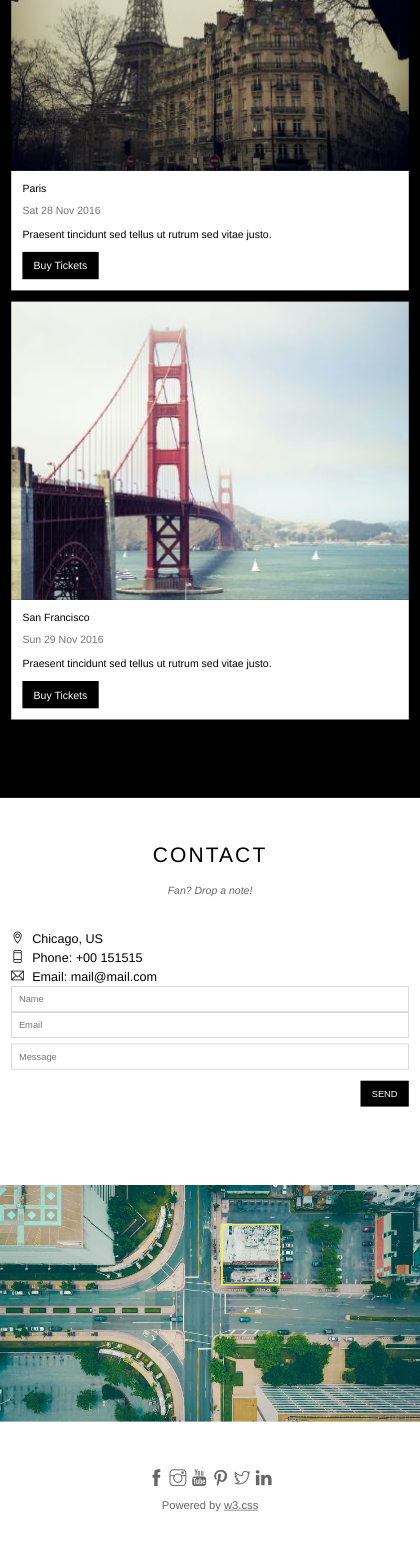
Repository: qhoa25623/The-Band
Page: index.html
These files come from the project's save history. The page is drawn as it stood at one moment and after the next save; the edit follows.
The browser window is 600 px wide. The pictures show the part of the page from y = 3197 to 5437 px (the page is 5421 px tall before and 5437 px after), at 70% of full size.

Above is the page before, as saved 2022-05-07 22:32:45.

### index.html
<!DOCTYPE html>
<html lang="en">
  <head>
    <meta charset="UTF-8" />
    <meta http-equiv="X-UA-Compatible" content="IE=edge" />
    <meta name="viewport" content="width=device-width, initial-scale=1.0" />
    <title>The Band</title>
    <link rel="stylesheet" href="./assets/css/styles.css" />
    <link rel="stylesheet" href="./assets/css/responsive.css" />
    <link
      rel="stylesheet"
      href="./assets/fonts/themify-icons/themify-icons.css"
    />
  </head>
  <body>
    <div id="main">
      <div id="header">
        <ul id="nav">
          <li><a href="#">Home</a></li>
          <li><a href="#band">Band</a></li>
          <li><a href="#tour">Tour</a></li>
          <li><a href="#contact">Contact</a></li>
          <li>
            <a href="#">
              More
              <i class="nav-arrow-down ti-angle-down"></i>
            </a>
            <ul class="subnav">
              <li><a href="#">Merchandise</a></li>
              <li><a href="#">Extras</a></li>
              <li><a href="#">Media</a></li>
            </ul>
          </li>
        </ul>
        <div class="search-btn">
          <i class="search-icon ti-search"></i>
        </div>

        <div id="mobile-menu" class="mobile-menu-btn">
          <i class="menu-icon ti-menu"></i>
        </div>
      </div>
      <div id="slider">
        <div class="text-content">
          <h2 class="text-heading">Chicago</h2>
          <div class="text-description">
            Thank you, Chicago - A night we won't forget
          </div>
        </div>
      </div>
      <div id="content">
        <!-- About section-->
        <div id="band" class="content-section">
          <h2 class="section-heading">THE BAND</h2>
          <p class="section-sub-heading">We love music</p>
          <p class="about-text">
            We have created a fictional band website. Lorem ipsum dolor sit
            amet, consectetur adipiscing elit, sed do eiusmod tempor incididunt
            ut labore et dolore magna aliqua. Ut enim ad minim veniam, quis
            nostrud exercitation ullamco laboris nisi ut aliquip ex ea commodo
            consequat. Duis aute irure dolor in reprehenderit in voluptate velit
            esse cillum dolore eu fugiat nulla pariatur. Excepteur sint occaecat
            cupidatat non proident, sunt in culpa qui officia deserunt mollit
            anim id est laborum consectetur adipiscing elit, sed do eiusmod
            tempor incididunt ut labore et dolore magna aliqua. Ut enim ad minim
            veniam, quis nostrud exercitation ullamco laboris nisi ut aliquip ex
            ea commodo consequat.
          </p>
          <div class="row member-list">
            <div class="col col-third s-col-full mt-32 text-center">
              <p class="member-name">Name</p>
              <img
                src="./assets/img/band/member1.jpg"
                alt="Name"
                class="member-img"
              />
            </div>
            <div class="col col-third s-col-full mt-32 text-center">
              <p class="member-name">Name</p>
              <img
                src="./assets/img/band/member1.jpg"
                alt="Name"
                class="member-img"
              />
            </div>
            <div class="col col-third s-col-full mt-32 text-center">
              <p class="member-name">Name</p>
              <img
                src="./assets/img/band/member1.jpg"
                alt="Name"
                class="member-img"
              />
            </div>
          </div>
        </div>

        <!-- Tour section-->
        <div id="tour" class="tour-section">
          <div class="content-section">
            <h2 class="section-heading text-white">TOUR DATES</h2>
            <p class="section-sub-heading text-white">
              Remember to book your tickets!
            </p>
            <ul class="tickets-list">
              <li>September <span class="sold-out">Sold out</span></li>
              <li>October <span class="sold-out">Sold out</span></li>
              <li>November <span class="quantity">3</span></li>
            </ul>
            <!-- Places-->
            <div class="row places-list">
              <div class="col col-third s-col-full mt-16">
                <img
                  src="./assets/img/places/place1.jpg"
                  alt="New York"
                  class="place-img"
                />
                <div class="place-body">
                  <h3 class="place-heading">New York</h3>
                  <p class="place-time">Fri 27 Nov 2016</p>
                  <p class="place-desc">
                    Praesent tincidunt sed tellus ut rutrum sed vitae justo.
                  </p>
                  <a href="#" class="btn">Buy Tickets</a>
                </div>
              </div>

              <div class="col col-third s-col-full mt-16">
                <img
                  src="./assets/img/places/place2.jpg"
                  alt="New York"
                  class="place-img"
                />
                <div class="place-body">
                  <h3 class="place-heading">Paris</h3>
                  <p class="place-time">Sat 28 Nov 2016</p>
                  <p class="place-desc">
                    Praesent tincidunt sed tellus ut rutrum sed vitae justo.
                  </p>
                  <a href="#" class="btn">Buy Tickets</a>
                </div>
              </div>

              <div class="col col-third s-col-full mt-16">
                <img
                  src="./assets/img/places/place3.jpg"
                  alt="New York"
                  class="place-img"
                />
                <div class="place-body">
                  <h3 class="place-heading">San Francisco</h3>
                  <p class="place-time">Sun 29 Nov 2016</p>
                  <p class="place-desc">
                    Praesent tincidunt sed tellus ut rutrum sed vitae justo.
                  </p>
                  <a href="#" class="btn">Buy Tickets</a>
                </div>
              </div>
            </div>
          </div>
        </div>

        <!-- Begin: Contact section-->
        <div id="contact" class="content-section">
          <h2 class="section-heading">CONTACT</h2>
          <p class="section-sub-heading">Fan? Drop a note!</p>


          <div class="row contact-content">
            <div class="col col-half s-col-full contact-info">
              <p><i class="ti-location-pin"></i>Chicago, US</p>
              <p><i class="ti-mobile"></i>Phone: +00 151515</p>
              <p><i class="ti-email"></i>Email: mail@mail.com</p>
            </div>
            <div class="col col-half s-col-full contact-form">
              <form action="">
                <div class="row">
                  <div class="col col-half s-col-full">
                    <input
                      type="text"
                      name=""
                      placeholder="Name"
                      required
                      id=""
                      class="form-control"
                    />
                  </div>
                  <div class="col col-half s-col-full">
                    <input
                      type="email"
                      name=""
                      placeholder="Email"
                      required
                      id=""
                      class="form-control"
                    />
                  </div>
                </div>
                <div class="row mt-8">
                  <div class="col col-full">
                    <input
                      type="text"
                      name=""
                      placeholder="Message"
                      required
                      id=""
                      class="form-control"
                    />
                  </div>
                </div>
                <input
                  class="btn pull-right mt-16"
                  type="submit"
                  value="SEND"
                />
              </form>
            </div>
          </div>
        </div>
        <!-- End: Contact section-->
        <div class="map-section">
          <img src="./assets/img/map.jpg" alt="Map" />
        </div>
      </div>
      <div id="footer">
        <div class="socials-list">
          <a href=""><i class="ti-facebook"></i></a>
          <a href=""><i class="ti-instagram"></i></a>
          <a href=""><i class="ti-youtube"></i></a>
          <a href=""><i class="ti-pinterest"></i></a>
          <a href=""><i class="ti-twitter"></i></a>
          <a href=""><i class="ti-linkedin"></i></a>
        </div>
        <p class="copyright">Powered by <a href="">w3.css</a></p>
      </div>
    </div>
    <div class="modal">
      <div class="modal-container">
        <div class="modal-close">
          <i class="ti-close"></i>
        </div>
        <header class="modal-header">
          <i class="modal-heading-icon ti-bag"></i>
          Tickets
        </header>
        <div class="modal-body">
          <label for="ticket-quantity" class="modal-label">
            <i class="ti-shopping-cart"></i>
            Tickets, $15 per person
          </label>
          <input
            id="ticket-quantity"
            type="text"
            class="modal-input"
            placeholder="How many?"
          />

          <label for="ticket-email" class="modal-label">
            <i class="ti-user"> </i>
            Send to
          </label>
          <input id="ticket-emailtype="text" class="modal-input"
          placeholder="Enter email" />

          <button id="buy-tickets">
            Pay
            <i class="ti-check"></i>
          </button>
        </div>
        <footer class="modal-footer">
          <p class="modal-help">Need <a href="">help?</a></p>
        </footer>
      </div>
    </div>
    <script>
      var header = document.getElementById("header");
      var mobileMenu = document.getElementById("mobile-menu");
      var headerHeight = header.clientHeight;

      // Đóng mở Mobile menu
      mobileMenu.onclick = function () {
        var isClosed = header.clientHeight === headerHeight;
        if (isClosed) {
          header.style.height = "auto";
        } else {
          header.style.height = null;
        }
      };

      // Tự động đóng khi chọn Menu
      var menuItems = document.querySelectorAll('#nav li a[href*="#"]');
      for (var i = 0; i < menuItems.length; i++) {
        var menuItem = menuItems[i];

        menuItem.onclick = function (event) {
          var isParentMenu =
            this.nextElementSibling &&
            this.nextElementSibling.classList.contains("subnav");
          if (isParentMenu) {
            event.preventDefault();
          } else {
            header.style.height = null;
          }
        };
      }
    </script>
  </body>
</html>

### assets/css/styles.css
/* Reset CSS */
* {
  padding: 0;
  margin: 0;
  box-sizing: border-box;
}
html {
  scroll-behavior: smooth;
  font-family: Helvetica, Arial, sans-serif;
}
.clear {
  clear: both;
}
.text-white {
  color: #fff !important;
}
.text-center {
  text-align: center !important;
}
.pull-right {
  float: right;
}
.btn {
  color: #fff;
  background-color: #000;
  text-decoration: none;
  display: inline-block;
  margin-top: 15px;
  padding: 11px 16px;
  border: none;
}
.btn:hover {
  cursor: pointer;
  color: #000;
  background-color: #ccc;
}
.mt-8 {
  margin-top: 8px !important;
}
.mt-16 {
  margin-top: 16px !important;
}
.mt-32 {
  margin-top: 32px !important;
}
.row {
  margin-left: -8px;
  margin-right: -8px;
}
.row::after {
  content: "";
  display: block;
  clear: both;
}
.col {
  padding-left: 8px;
  padding-right: 8px;
  float: left;
}
.col-full {
  width: 100%;
}
.col-half {
  width: 50%;
}
.col-third {
  width: calc(100% / 3);
}
#main {
}
#header {
  position: fixed;
  top: 0;
  left: 0;
  right: 0;
  height: 46.5px;
  background-color: #000;
  z-index: 1;
  overflow: hidden;
}
#nav {
  display: inline-block;
}
#nav,
.subnav {
  list-style-type: none;
}
#nav > li {
  display: inline-block;
}
#nav li {
  position: relative;
}
#nav > li > a {
  color: #fff;
  text-transform: uppercase;
}
#nav li a {
  text-decoration: none;
  line-height: 46.5px;
  padding: 0 24px;
  display: block;
}
#nav li:hover .subnav {
  display: block;
}
#nav > li:hover > a,
#nav .subnav li:hover a {
  color: #000;
  background-color: #ccc;
}
#nav .subnav {
  min-width: 160px;
  top: 100%;
  left: 0;
  display: none;
  position: absolute;
  background-color: #fff;
  box-shadow: 0 0 10px rgba(0, 0, 0, 0.3);
}
#nav .subnav a {
  color: #000;
  padding: 0 16px;
  line-height: 38.5px;
}
#nav .nav-arrow-down {
  font-size: 14px;
}
#header .mobile-menu-btn{
  position:absolute;
  top: 0;
  right: 0;
  display:none;
}
#header .mobile-menu-btn,
#header .search-btn {
  float: right;
  padding: 0 21px;
}
#header .search-btn:hover {
  cursor: pointer;
  background-color: #f44336;
}
#header .mobile-menu-btn:hover {
  background-color: #ccc;
}
#header .mobile-menu-btn:hover .menu-icon {
  color: #000;
}
#header .menu-icon,
#header .search-icon {
  color: #fff;
  font-size: 20px;
  line-height: 46.5px;
}
#slider {
  position: relative;
  margin-top: 46.5px;
  padding-top: 50%;
  background: url("/assets/img/slider/slider1.jpg") top center / cover no-repeat;
}
#slider .text-content {
  position: absolute;
  bottom: 47px;
  color: #fff;
  left: 50%;
  transform: translateX(-50%);
  text-align: center;
}
#slider .text-heading {
  font-weight: 500;
  font-size: 24px;
}
#slider .text-description {
  font-size: 15px;
  margin-top: 25px;
}
#content {
}
#content .content-section {
  width: 800px;
  max-width: 100%;
  padding: 64px 0 112px;
  margin-left: auto;
  margin-right: auto;
  padding-left: 16px;
  padding-right: 16px;
}
#content .section-heading {
  font-weight: 500;
  text-align: center;
  font-size: 30px;
  letter-spacing: 3px;
}
#content .section-sub-heading {
  text-align: center;
  font-size: 15px;
  margin-top: 25px;
  font-style: italic;
  opacity: 0.6;
}
#content .about-text {
  font-size: 15px;
  margin-top: 25px;
  text-align: justify;
  line-height: 1.4;
}
#content .member-list {
  margin-top: 31px;
}
#content .member-name {
  font-size: 15px;
}
#content .member-img {
  margin-top: 15px;
  width: 154px;
  border-radius: 4px;
}

.tour-section {
  background: #000;
}
.tickets-list {
  background-color: #fff;
  list-style: none;
  margin-top: 40px;
}
.tickets-list li {
  color: rgb(117, 117, 117);
  font-size: 15px;
  padding: 11px 16px;
  border-bottom: 1px solid rgb(221, 221, 221);
}
.tickets-list .sold-out {
  color: #ffffff;
  background-color: #f44336;
  padding: 3px 4px;
  margin: 0 0 0 16px;
}
.tickets-list .quantity {
  float: right;
  width: 24px;
  height: 22.5px;
  background-color: #000;
  border-radius: 50%;
  text-align: center;
  color: #fff;
  line-height: 22.5px;
  margin-top: -3px;
}
.places-list {
  margin-top: 16px;
}
.place-img {
  width: 100%;
  display: block;
}
.place-img:hover {
  opacity: 0.6;
}
.place-body {
  background-color: #fff;
  padding: 16px 16px;
  font-size: 15px;
}
.place-heading {
  font-size: 15px;
  font-weight: 550;
}
.place-time {
  margin-top: 15px;
  color: #757575;
}
.place-desc {
  margin-top: 15px;
  line-height: 1.4;
}

.modal {
  position: fixed;
  top: 0;
  right: 0;
  left: 0;
  bottom: 0;
  background: rgba(0, 0, 0, 0.4);
  display: none;
  align-items: center;
  justify-content: center;
}
.modal-container {
  background: #fff;
  width: 900px;
  min-height: 200px;
  position: relative;
  max-width: calc(100%-32px);
}

.modal-header {
  background: #009688;
  height: 130px;
  display: flex;
  align-items: center;
  justify-content: center;
  font-size: 30px;
  color: #fff;
}
.modal-heading-icon {
  margin-right: 16px;
}
.modal-close {
  position: absolute;
  right: 0;
  top: 0;
  color: #fff;
  padding: 16px;
  cursor: pointer;
}
.modal-close:hover {
  color: #000;
  background-color: #ccc;
}
.modal-body {
  padding: 16px;
}
.modal-label {
  display: block;
  margin-bottom: 15px;
}
.modal-input {
  border: 1px solid #ccc;
  width: 100%;
  font-size: 15px;
  padding: 10px;
  margin-bottom: 15px;
}
#buy-tickets {
  background-color: #009688;
  border: none;
  font-size: 15px;
  color: #fff;
  width: 100%;
  text-transform: uppercase;
  padding: 18px;
  cursor: pointer;
}
#buy-tickets:hover {
  color: #000;
  background-color: #ccc;
}
.contact-content {
  margin-top: 48px;
}
.contact-info {
  font-size: 18px;
  line-height: 1.5;
}
.contact-info i[class*="ti-"] {
  display: inline-block;
  width: 30px;
}
.contact-form {
  font-size: 15px;
}
.contact-form .form-control {
  padding: 10px;
  border: 1px solid #ccc;
  width: 100%;
  outline: none;
}
.map-section img {
  width: 100%;
}
.modal-footer {
  padding: 16px;
  text-align: right;
}
.modal-footer a {
  color: #2196f3;
}
#footer {
  padding: 64px 16px;
  text-align: center;
}
#footer .socials-list {
  font-size: 24px;
}
#footer .socials-list a {
  color: rgba(0, 0, 0, 0.6);
  text-decoration: none;
}
#footer .copyright a:hover,
#footer .socials-list a:hover {
  color: rgba(0, 0, 0, 0.4);
}
#footer .copyright {
  margin-top: 15px;
  color: rgba(0, 0, 0, 0.6);
}
#footer .copyright a {
  color: rgba(0, 0, 0, 0.6);
}

### assets/css/responsive.css
/* PC */
@media (min-width: 1024px) {
}

/* Tablet */
@media (min-width: 740px) and (max-width: 1023px) {
}
/* Mobile */
@media (max-width: 739px) {
  .s-col-full {
    width: 100%;
  }
  #header {
    overflow: hidden;
  }
  #header .mobile-menu-btn {
    display: block;
  }
  #header .search-btn {
    display: none;
  }
  #nav {
    display: block;
  }
  #nav li a {
    padding: 1px 24px;
  }
  #nav > li {
    display: block;
  }
  #nav > li:first-child {
    display: inline-block;
  }
  #nav .subnav {
    position: initial;
    background-color: #333;
  }
  #nav .subnav a {
    color: #fff;
    padding: 5px 41px;
  }
  #content .member-img {
    width: 60%;
  }
}

Loaded but not shown: assets/fonts/themify-icons/themify-icons.css (common file)

After the next save:
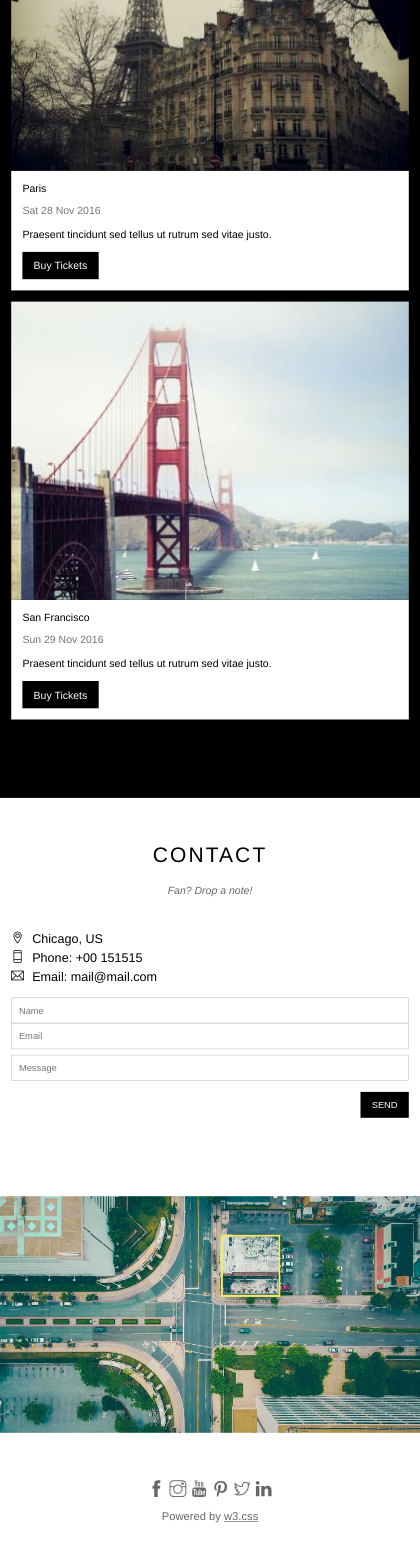
Saved 107 s later.
--- a/assets/css/responsive.css
+++ b/assets/css/responsive.css
@@ -42,4 +42,7 @@
   #content .member-img {
     width: 60%;
   }
+  .contact-form{
+    margin-top:16px;
+  }
 }
